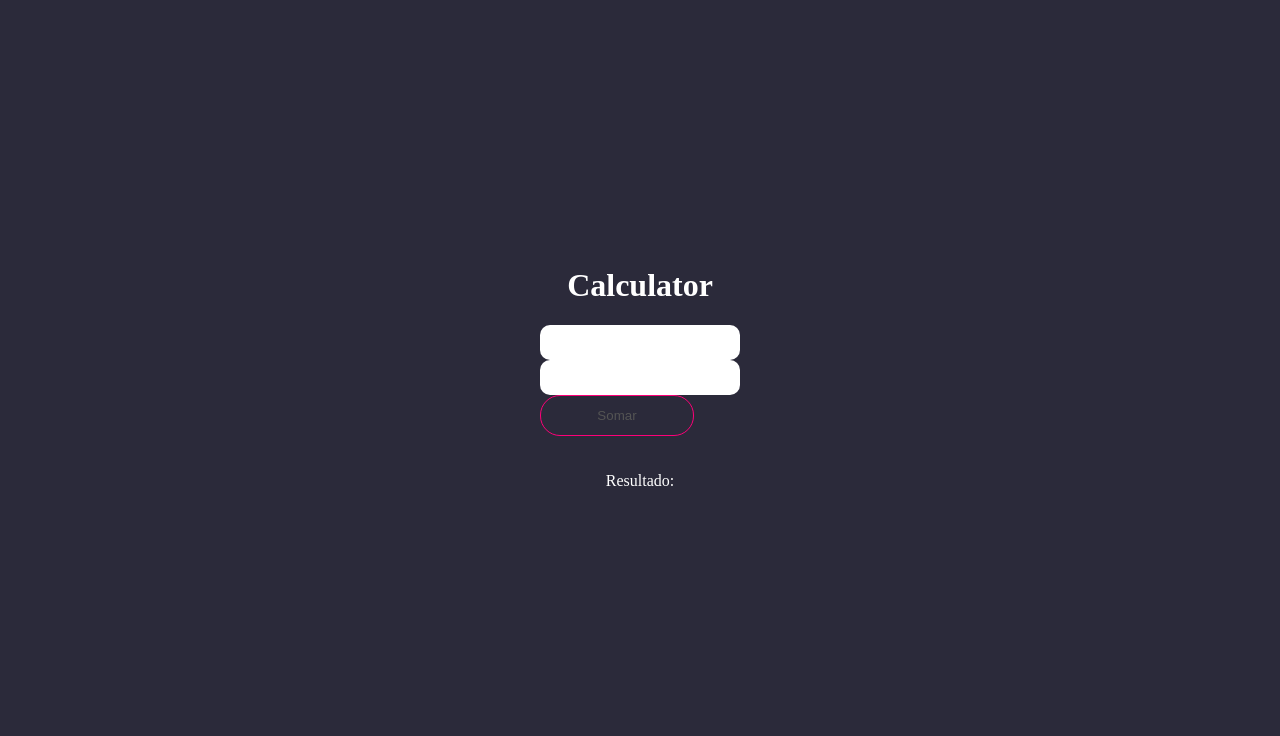
Repository: MilenaMelo/test-calculator-selenium
Page: calculadora.html
These files come from the project's save history. The page is drawn as it stood at one moment and after the next save; the edit follows.
The browser window is 1280 px wide. The pictures show the whole page.

Above is the page before, as saved 2021-04-29 16:57:00.

After the next save:
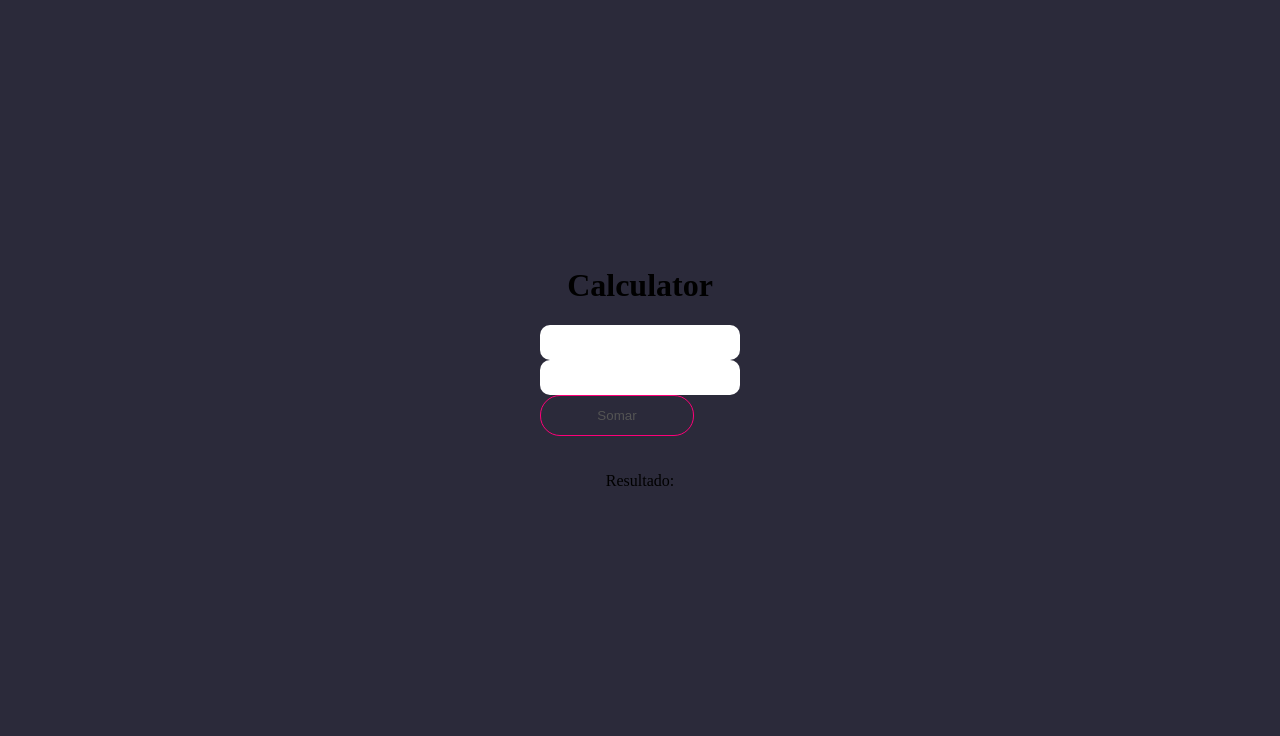
Saved 8 s later.
--- a/style.css
+++ b/style.css
@@ -4,7 +4,6 @@ body {
     place-content: center;
     text-align: center;
     background-color: #2B2A3A;
-    color: #FFF;
 }
 
 input {
